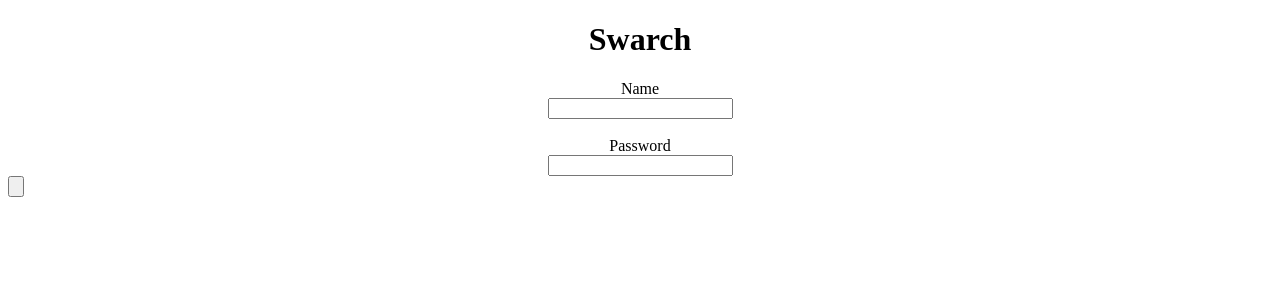
Repository: putty174/Swarch
Page: Swarch/index.htm
An editor plug-in stored every save of this project. The page is shown before and after the next save, followed by the edit.
The browser window is 1280 px wide. The pictures show the whole page.

Above is the page before, as saved 2014-04-12 06:06:43.

### Swarch/index.htm
<!DOCTYPE html>
<html>
<head>
<title>Swarch</title>
<link rel="stylesheet" href="swarch.css">
<script type="text/javascript">
function getInfo()
{
	var name = document.getElementById('NAME');
	var pass = document.getElementById('PASS');
}
</script>
</head>
<body>
<center><h1>Swarch</h1></center>
<center>Name</center>
<center><input type='text' id="NAME"></center>
<br>
<center>Password</center>
<center><input type='text' id="PASS"></center>
<center></center>
<input type="button" onclick="game();"/>
<script src="swarch.js"></script>

</body>
</html>

### Swarch/swarch.js
var name;
document.write(name);

Loaded but not shown: Swarch/swarch.css (no copy from this time; the picture is the same without it)

After the next save:
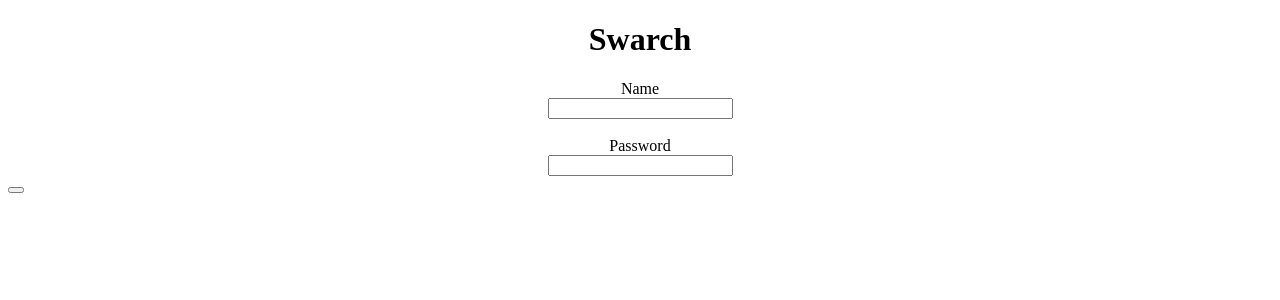
Saved 37 s later.
--- a/Swarch/index.htm
+++ b/Swarch/index.htm
@@ -19,7 +19,7 @@ function getInfo()
 <center>Password</center>
 <center><input type='text' id="PASS"></center>
 <center></center>
-<input type="button" onclick="game();"/>
+<button type="button" onclick="game()">
 <script src="swarch.js"></script>
 
 </body>
